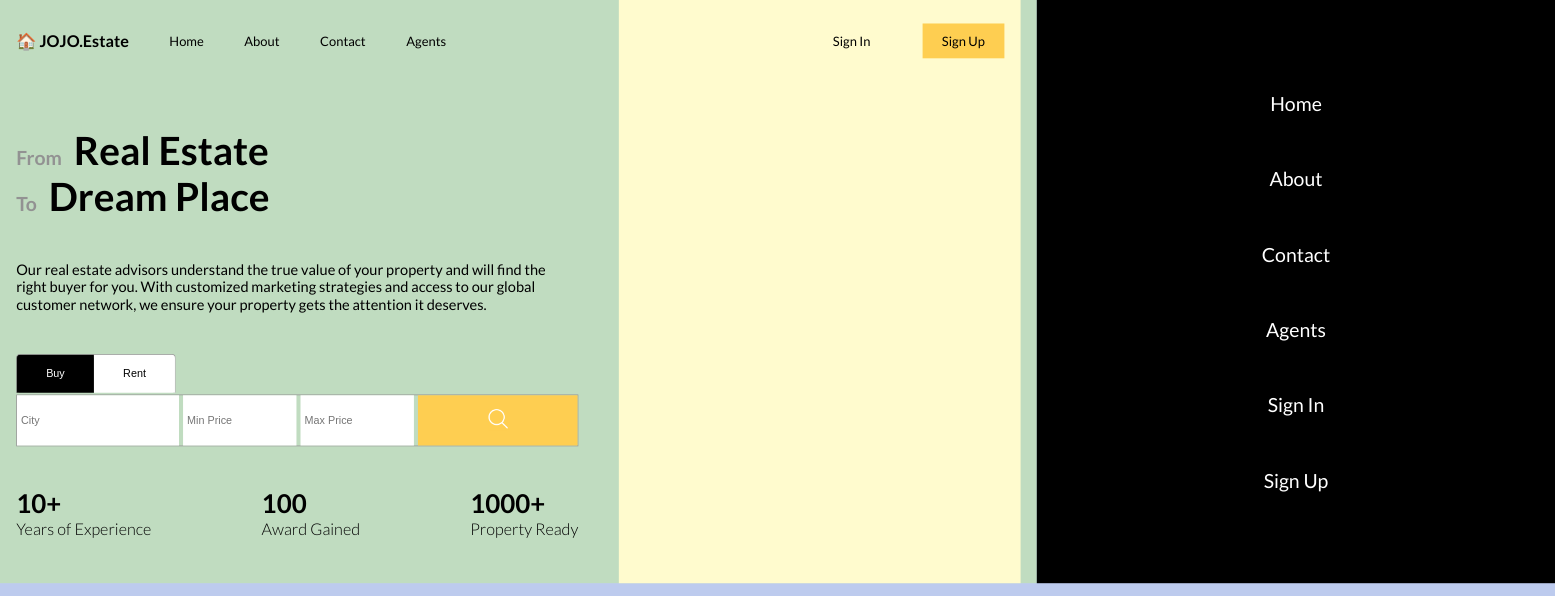
Repository: AiTrinh303/JOJO-estate
Page: /
The author's editor kept a copy of each file at every save. The page is drawn from the files as they stood at one save, then again after a run of saves.
The browser window is 1280 px wide. The page is 1920 px wide, so the pictures cover 1920 px, including what lies to the right of the window. The pictures show the whole page, at 81% of full size.
The page's requests for data from a server got no answer. The project was rebuilt for these pictures with package versions that can differ from the ones it lists, and the page was loaded fresh each time. No one was signed in, and anything a server would have sent is missing. Also part of the build but not shown: vite.config.js, src/routes/listPage/listPage.scss, src/components/filter/filter.scss, src/components/filter/Filter.jsx, src/components/card/card.scss, src/components/card/Card.jsx, src/components/map/map.scss, src/components/pin/pin.scss and 21 more. Imported but missing from the stored project, and not drawn on this page: src/components/uploadWidget/UploadWidget.

Above is the page before, as saved 2024-08-06 22:10:26.

### index.html
<!DOCTYPE html>
<html lang="en">
  <head>
    <meta charset="UTF-8" />
    <link rel="icon" type="image/svg+xml" href="/logo.png" />
    <meta name="viewport" content="width=device-width, initial-scale=1.0" />
    <title>🏠JOJO Estate App</title>
    <meta name="description" content="Buy, Sell and Rent Properties" />
    <link
      href="https://fonts.googleapis.com/css2?family=Lato:ital,wght@0,100;0,300;0,400;0,700;0,900;1,100;1,300;1,400;1,700;1,900&display=swap"
      rel="stylesheet"
    />
  </head>
  <body>
    <div id="root"></div>
    <script type="module" src="/src/main.jsx"></script>
  </body>
</html>

### src/App.jsx
import HomePage from "./routes/homePage/homePage";
import { createBrowserRouter, RouterProvider } from "react-router-dom";
import ListPage from "./routes/listPage/listPage";
import { Layout, RequireAuth } from "./routes/layout/layout";
import SinglePage from "./routes/singlePage/singlePage";
import ProfilePage from "./routes/profilePage/profilePage";
import Login from "./routes/login/login";
import Register from "./routes/register/register";
import ProfileUpdatePage from "./routes/profileUpdatePage/profileUpdatePage";
import NewPostPage from "./routes/newPostPage/newPostPage";
import { listPageLoader, profilePageLoader, singlePageLoader } from "./lib/loaders";

function App() {
  const router = createBrowserRouter([
    {
      path: "/",
      element: <Layout />,
      children: [
        {
          path: "/",
          element: <HomePage />,
        },
        {
          path: "/list",
          element: <ListPage />,
          loader: listPageLoader,
        },
        {
          path: "/:id",
          element: <SinglePage />,
          loader: singlePageLoader,
        },
        {
          path: "/login",
          element: <Login />,
        },
        {
          path: "/register",
          element: <Register />,
        },
      ],
    },
    {
      path: "/",
      element: <RequireAuth />,
      children: [
        {
          path: "/profile",
          element: <ProfilePage />,
          loader: profilePageLoader
        },
        {
          path: "/profile/update",
          element: <ProfileUpdatePage />,
        },
        {
          path: "/add",
          element: <NewPostPage />,
        },
      ],
    },
  ]);

  return <RouterProvider router={router} />;
}

export default App;

### src/index.scss
*{
  padding: 0;
  margin: 0;
  box-sizing: border-box;
}

a {
  text-decoration: none;
  color: inherit;
}

body{
  font-family: "Lato", sans-serif;
  overflow: hidden;
  background-color: #bdcbee;

}

### src/routes/homePage/homePage.jsx
import { useContext } from "react";
import SearchBar from "../../components/searchBar/SearchBar";
import "./homePage.scss";
import { AuthContext } from "../../context/AuthContext";

function HomePage() {

  const {currentUser} = useContext(AuthContext)

  return (
    <div className="homePage">
      <div className="textContainer">
        <div className="wrapper">
          <h1 className="title">
            <span className="small-text">From </span>
            <span className="animated-text">Real Estate</span>
            <br />
            <span className="small-text">To </span>
            <span className="animated-text">Dream Place</span>
          </h1>
          <p>
          Our real estate advisors understand the true value of your property and will find the right buyer for you. With customized marketing strategies and access to our global customer network, we ensure your property gets the attention it deserves.
          </p>
          <SearchBar />
          <div className="boxes">
            <div className="box">
              <h1>10+</h1>
              <h2>Years of Experience</h2>
            </div>
            <div className="box">
              <h1>100</h1>
              <h2>Award Gained</h2>
            </div>
            <div className="box">
              <h1>1000+</h1>
              <h2>Property Ready</h2>
            </div>
          </div>
        </div>
      </div>
      <div className="imgContainer">
        <img src="/bg.png" alt="background" />
      </div>

    </div>
  );
}

export default HomePage;

### src/routes/layout/layout.jsx
import "./layout.scss";
import Navbar from "../../components/navbar/Navbar";
import { Navigate, Outlet } from "react-router-dom";
import { useContext } from "react";
import { AuthContext } from "../../context/AuthContext";

function Layout() {
  return (
    <div className="layout">
      <div className="navbar">
        <Navbar />
      </div>
      <div className="content">
        <Outlet />
      </div>
    </div>
  );
}

function RequireAuth() {
  const { currentUser } = useContext(AuthContext);

  if (!currentUser) return <Navigate to="/login" />;
  else {
    return (
      <div className="layout">
        <div className="navbar">
          <Navbar />
        </div>
        <div className="content">
          <Outlet />
        </div>
      </div>
    );
  }
}

export { Layout, RequireAuth };

### src/components/searchBar/SearchBar.jsx
import { useState } from "react";
import "./searchBar.scss";
import { Link } from "react-router-dom";

const types = ["buy", "rent"];

function SearchBar() {
  const [query, setQuery] = useState({
    type: "buy",
    city: "",
    minPrice: 0,
    maxPrice: 0,
  });

  const switchType = (val) => {
    setQuery((prev) => ({ ...prev, type: val }));
  };

  const handleChange = (e) => {
    setQuery((prev) => ({ ...prev, [e.target.name]: e.target.value }));
  };

  return (
    <div className="searchBar">
      <div className="type">
        {types.map((type) => (
          <button
            key={type}
            onClick={() => switchType(type)}
            className={query.type === type ? "active" : ""}
          >
            {type}
          </button>
        ))}
      </div>
      <form>
        <input
          type="text"
          name="city"
          placeholder="City"
          onChange={handleChange}
        />
        <input
          type="number"
          name="minPrice"
          min={0}
          max={10000000}
          placeholder="Min Price"
          onChange={handleChange}
        />
        <input
          type="number"
          name="maxPrice"
          min={0}
          max={10000000}
          placeholder="Max Price"
          onChange={handleChange}
        />
        <Link
          to={`/list?type=${query.type}&city=${query.city}&minPrice=${query.minPrice}&maxPrice=${query.maxPrice}`}
        >
          <button>
            <img src="/search.png" alt="" />
          </button>
        </Link>
      </form>
    </div>
  );
}

export default SearchBar;

### src/routes/homePage/homePage.scss
@import "../../responsive.scss";

.homePage {
  display: flex;
  height: 100%;

  .textContainer {
    flex: 3;

    .wrapper {
      padding-right: 100px;
      display: flex;
      flex-direction: column;
      justify-content: center;
      gap: 50px;
      height: 100%;

      @include lg{
        padding-right: 50px;
      }

      @include md{
        padding: 0;
      }

      @include sm{
        justify-content: flex-start;
      }

      .title {
        font-size: 64px;
        .small-text {
          font-size: 0.5em;
          color: #929292;
          margin-right: 10px;
        }
        .animated-text {
          display: inline-block;
          position: relative;
          animation: slide-in 2s ease-in-out;
        }
        @include lg {
          font-size: 48px;
        }
      }
      p {
        font-size: 18px;
      }

      .boxes {
        display: flex;
        justify-content: space-between;

        @include sm {
          display: none;
        }

        h1 {
          font-size: 36px;

          @include lg {
            font-size: 32px;
          }
        }

        h2 {
          font-size: 20px;
          font-weight: 300;
        }
      }
    }
  }

  .imgContainer {
    flex: 2;
    background-color: #fffbce;
    position: relative;
    display: flex;
    align-items: center;


    @include md {
      display: none;
    }

    img {
      width: 115%;
      position: absolute;
      right: -35px;
      opacity: 0;
      animation: fade-in-slide-up 2s ease-in-out forwards;

      @include lg {
        width: 105%;
      }
    }
  }


}
@keyframes slide-in {
  0% {
    opacity: 0;
    transform: translateX(-100%);
  }
  100% {
    opacity: 1;
    transform: translateX(0);
  }
}

@keyframes fade-in-slide-up {
  0% {
    opacity: 0;
    transform: translateY(50px); /* Start below */
  }
  100% {
    opacity: 1;
    transform: translateY(0); /* End at original position */
  }
}

### src/routes/layout/layout.scss
@import "../../responsive.scss";

.layout {
  height: 100vh;
  max-width: 1366px;
  margin-left: auto;
  margin-right: auto;
  padding-left: 20px;
  padding-right: 20px;
  background: rgb(192, 220, 192);

  @include lg {
    max-width: 1280px;
  }

  @include md {
    max-width: 768px;
  }

  @include sm {
    max-width: 640px;
  }

  .content {
    // flex: 1;
    height: calc(100vh - 100px);
  }
}

### src/components/navbar/Navbar.jsx
import { useContext, useState } from "react";
import "./navbar.scss";
import { Link } from "react-router-dom";
import { AuthContext } from "../../context/AuthContext";
import { useNotificationStore } from "../../lib/notificationStore";

function Navbar() {
  const [open, setOpen] = useState(false);

  const { currentUser } = useContext(AuthContext);

  const fetch = useNotificationStore((state) => state.fetch);
  const number = useNotificationStore((state) => state.number);

  if(currentUser) fetch();

  return (
    <nav>
      <div className="left">
        <a href="/" className="logo">
          <span>🏠 JOJO.Estate</span>
        </a>
        <a href="/">Home</a>
        <a href="/">About</a>
        <a href="/">Contact</a>
        <a href="/">Agents</a>
      </div>

      <div className="right">
        <a href="/">Sign In</a>
        <a href="/" className="register">Sign Up</a>
        <div className="menuIcon">
          <img
            src="/menu.png"
            alt="menu"
            onClick={() => setOpen((prev) => !prev)}/>
        </div>
        <div className={open ? "menu active" : "menu"}>
          <a href="/">Home</a>
          <a href="/">About</a>
          <a href="/">Contact</a>
          <a href="/">Agents</a>
          <a href="/">Sign In</a>
          <a href="/">Sign Up</a>
        </div>
        {/* {currentUser ? (
          <div className="user">
            <img src={currentUser.avatar || "/noavatar.jpg"} alt="" />
            <span>{currentUser.username}</span>
            <Link to="/profile" className="profile">
              {number > 0 && <div className="notification">{number}</div>}
              <span>Profile</span>
            </Link>
          </div>
        ) : (
          <>
            <a href="/login">Sign in</a>
            <a href="/register" className="register">
              Sign up
            </a>
          </>
        )}
        <div className="menuIcon">
          <img
            src="/menu.png"
            alt=""
            onClick={() => setOpen((prev) => !prev)}
          />
        </div>
        <div className={open ? "menu active" : "menu"}>
          <a href="/">Home</a>
          <a href="/">About</a>
          <a href="/">Contact</a>
          <a href="/">Agents</a>
          <a href="/">Sign in</a>
          <a href="/">Sign up</a>
        </div> */}
      </div>
    </nav>
  );
}

export default Navbar;

### src/components/searchBar/searchBar.scss
@import "../../responsive.scss";

.searchBar {
  .type {

    button {
      padding: 16px 36px;
      border: 1px solid #999;
      border-bottom: none;
      cursor: pointer;
      background-color: white;
      text-transform: capitalize;
      margin-bottom: 1px;

      &.active {
        background-color: black;
        color: white;

      };

      &:first-child {
        border-top-left-radius: 5px;
        border-right: none;
      };
      &:last-child {
        border-top-right-radius: 5px;
        border-left: none;
      };
    }
  }

  form {
    margin-top: 1px;
    border: 1px solid #999;
    display: flex;
    justify-content: space-between;
    height: 64px;
    gap: 5px;

    @include sm {
      flex-direction: column;
      border: none;
    };

    input {
      border: none;
      padding: 0px 10px;
      width: 200px;

      @include lg {
        padding: 0px 5px;

        &:nth-child(2),
        &:nth-child(3) {
          width: 140px;
        }
      };
      @include md {
        width: 200px;
        &:nth-child(2),
        &:nth-child(3) {
          width: 200px;
        }
      };

      @include sm{
        width: auto;
        &:nth-child(2),
        &:nth-child(3) {
          width: auto;
        }
        padding: 20px;
        border: 1px solid #999;
      }
    };

    a{
      flex: 1;
      background-color: #fece51;
      display: flex;
      align-items: center;
      justify-content: center;

      button {
        border: none;
        cursor: pointer;
        background-color: #fece51;

        @include sm{
          padding: 10px;
        }

        img {
          width: 24px;
          height: 24px;
        }
      }
    }
  }
}

### src/responsive.scss
@mixin sm {
  @media (max-width: 738px) {
    @content;
  }
};

@mixin md {
  @media (max-width: 1024px) {
    @content;
  }
};

@mixin lg {
  @media (max-width: 1366px) {
    @content;
  }
};

### src/components/navbar/navbar.scss
@import "../../responsive.scss";

nav {
  height: 100px;
  display: flex;
  justify-content: space-between;
  align-items: center;

  a {
    transition: all 0.4s ease;

    @include sm {
      display: none;
    }

    &:hover {
      scale: 1.08;
    }
  }

  .left {
    flex: 3;
    display: flex;
    align-items: center;
    gap: 50px;

    .logo {
      font-weight: bold;
      font-size: 20px;
      display: flex;
      align-items: center;
      gap: 3px;

      span {
        @include md {
          display: none;
        }

        @include sm {
          display: initial;
        }
      }
    }
  }
  .right {
    flex: 2;
    display: flex;
    align-items: center;
    justify-content: flex-end;
    background-color: #fffbce;
    ;
    height: 100%;

    @include md {
      background-color: transparent;
    }

    a {
      padding: 12px 24px;
      margin: 20px;
    }

    .user{
      display: flex;
      align-items: center;
      font-weight: bold;

      img{
        width: 40px;
        height: 40px;
        border-radius: 50%;
        object-fit: cover;
        margin-right: 20px;
      }

      span{
        @include sm{
          display: none;
        }
      }

      .profile{
        padding: 12px 24px;
        background-color: #fece51;
        cursor: pointer;
        border: none;
        position: relative;

        .notification{
          position: absolute;
          top: -8px;
          right: -8px;
          background-color: red;
          color: white;
          border-radius: 50%;
          width: 26px;
          height: 26px;
          display: flex;
          align-items: center;
          justify-content: center;
        }

      }
    }

    .register {
      background-color: #fece51;
    }

    .menuIcon {
      display: none;
      z-index: 999;

      img {
        width: 36px;
        height: 36px;
        cursor: pointer;
      }

      @include sm {
        display: inline;
      }
    }

    .menu {
      position: absolute;
      top: 0;
      right: -50%;
      background-color: black;
      color: white;
      height: 100vh;
      width: 50%;
      transition: all 1s ease;
      display: flex;
      flex-direction: column;
      align-items: center;
      justify-content: center;
      font-size: 24px;

      &.active {
        right: 0;
      }

      @include sm {
        a {
          display: initial;
        }
      }
    }
  }
}

Loaded but not shown: src/main.jsx (common file); src/context/AuthContext.jsx (common file); src/context/SocketContext.jsx (common file); src/lib/loaders.js (common file); src/lib/apiRequest.js (common file); src/lib/notificationStore.js (common file)

After the next 2 saves:
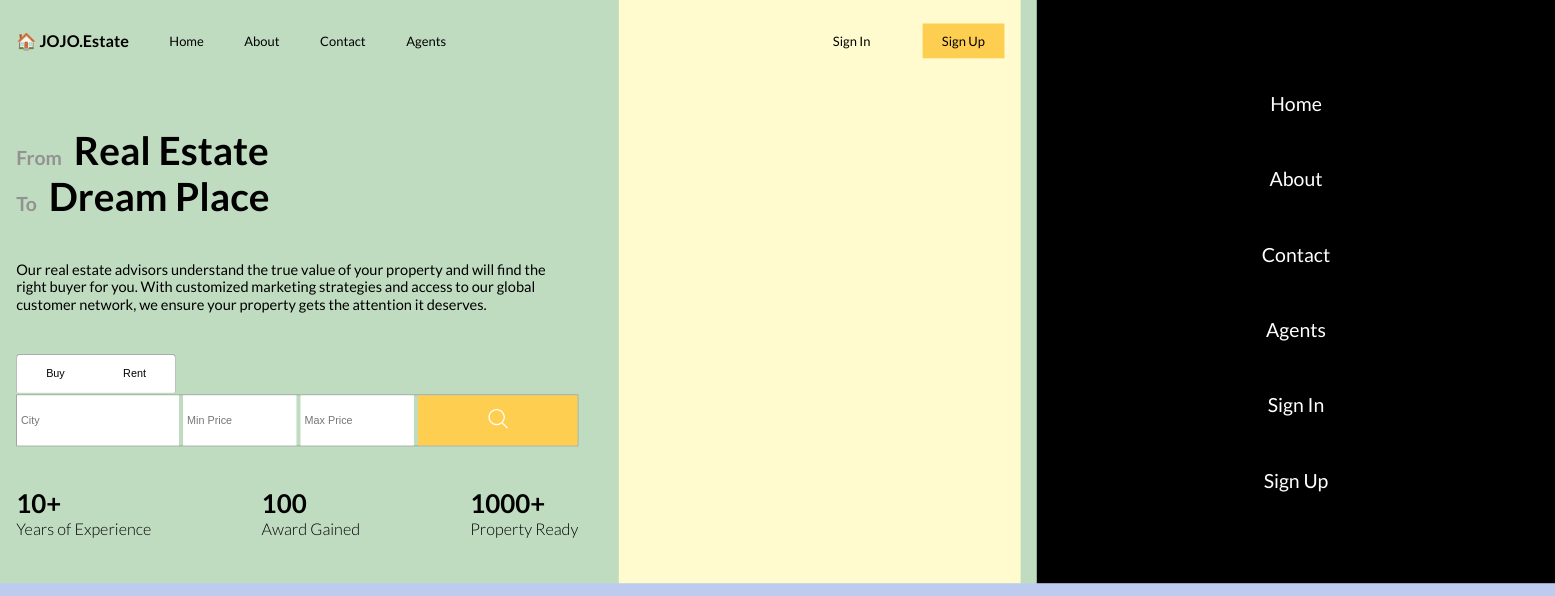
The 2 saves are shown as one change because they came seconds apart.
The last was saved 54 s later.
--- a/src/components/searchBar/searchBar.scss
+++ b/src/components/searchBar/searchBar.scss
@@ -11,6 +11,7 @@
       background-color: white;
       text-transform: capitalize;
       margin-bottom: 1px;
+      width
 
       &.active {
         background-color: black;
